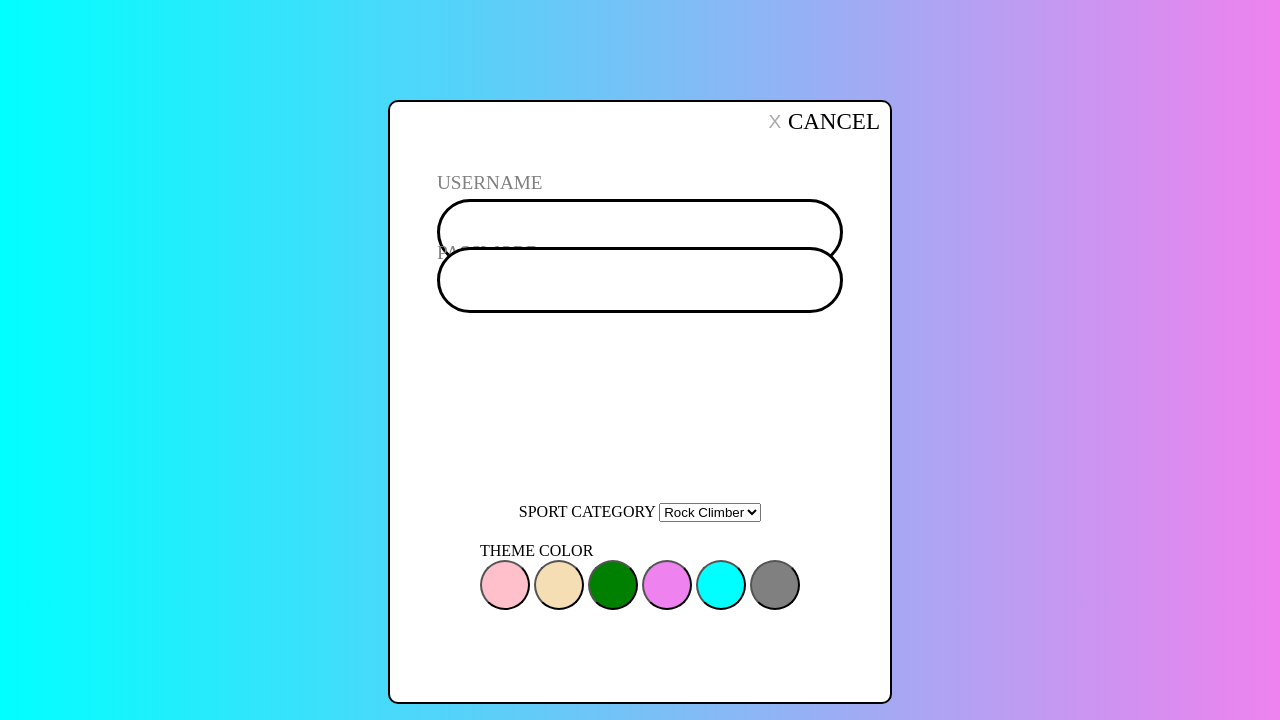
Repository: zRush1202/LoginPage-demo
Page: dom/exercise/login.html
These files come from the project's save history. The page is drawn as it stood at one moment and after the next save; the edit follows.
The browser window is 1280 px wide. The pictures show the whole page.

Above is the page before, as saved 2023-09-17 09:47:11.

### dom/exercise/login.html
<!DOCTYPE html>
<html lang="en">
<head>
    <meta charset="UTF-8">
    <meta name="viewport" content="width=device-width, initial-scale=1.0">
    <title>Login page</title>
    <link rel="stylesheet" href="login.css">
</head>
<body>
    <div class="login">
        <div class="cancel">
            <button class="X">X</button>
            <span class="cancel">CANCEL</span>
        </div>
        <div class="tk">
            <span class="us">USERNAME</span>
            <br>
            <input type="USERNAME" class="user">
            <br>
            <span class="pa">PASSWORD</span>
            <br>
            <input type="PASSWORD" class="pass">
            <br>
        </div>
        <div class="lab">
            <label for="sport">SPORT CATEGORY</label>
            <select name="sport" id="sport">
                <option value="rc">Rock Climber</option>
                <option value="fb">Football</option>
                <option value="bkb">basketball</option>
                <option value="sm">swimming</option>
            </select>
        </div>
        <div class="theme">
            <span>THEME COLOR</span>
            <br>
            <button class="bgc" style="background-color: pink;"> </button>
            <button class="bgc" style="background-color: wheat;"> </button>
            <button class="bgc" style="background-color: green;"> </button>
            <button class="bgc" style="background-color: violet;"> </button>
            <button class="bgc" style="background-color: cyan;"> </button>
            <button class="bgc" style="background-color: gray;"> </button>
        </div>
    </div>
</body>
</html>

### dom/exercise/login.css
* {
    margin: 0;
    padding: 0;
}

body {
    display: flex;
    justify-content: center;
    align-items: center;
    position: relative;
    top: 100px;
    background-image: linear-gradient(to right, cyan, violet);
}

.login {
    display: block;
    width: 500px;
    height: 600px;
    background-color: white;
    border: 2px solid black;
    border-radius: 10px;
    position: relative;
    display: flex;
    justify-content: center;
    align-items: center;
}

.cancel {
    position: absolute;
    right: 5px;
    top: 3px;
}

.cancel {
    font-size: 120%;

}

.X {
    height: 20px;
    width: 20px;
    color: darkgray;
    font-size: 100%;
    border: none;
    background-color: transparent;
    position: absolute;
    right: 100px;
    top: 6px;
}

.user, .pass {
    height: 60px;
    width: 400px;
    border-radius: 50px;
    border: 3px solid black;
    margin-top: 5px;

}

.us, .pa {
    position: relative;
    left: 0px;
    font-size: 120%;
    color: gray;
}

.tk {
    position: absolute;
    top: 70px;
    height: 50%;
}

.pass, .pa {
    position: absolute;
    top: 70px;
}

.bgc {
    height: 50px;
    width: 50px;
    border-radius: 25px;
}

.lab {
    position: absolute;
    bottom: 180px;
}

.theme {
    position: absolute;
    bottom: 90px;

}

After the next save:
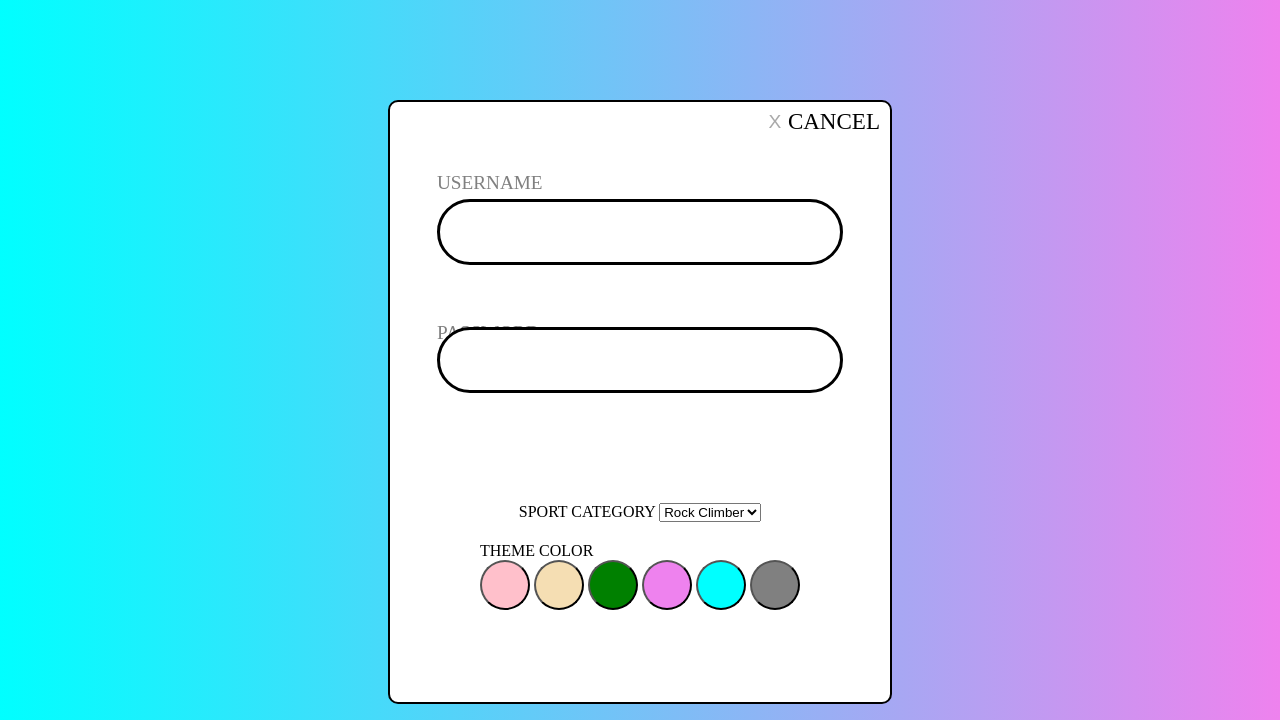
Saved 5 s later.
--- a/dom/exercise/login.css
+++ b/dom/exercise/login.css
@@ -72,7 +72,7 @@ body {
 
 .pass, .pa {
     position: absolute;
-    top: 70px;
+    top: 150px;
 }
 
 .bgc {
